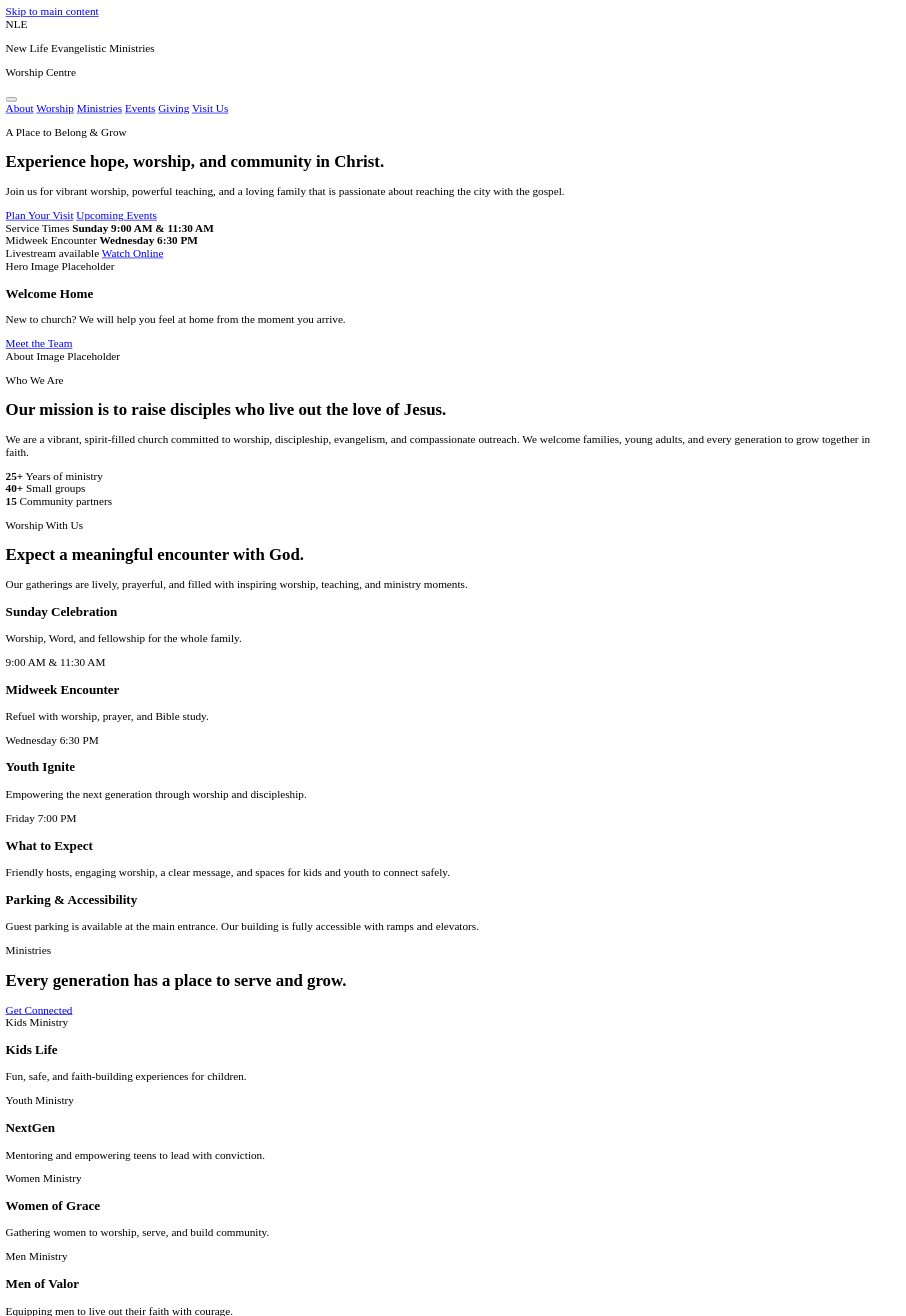
Repository: bilaal441/church
Page: index.htm
The author's editor kept a copy of each file at every save. The page is drawn from the files as they stood at one save, then again after the next save.
The browser window is 1280 px wide. The page is 1280 px wide, then 1294 px, so the pictures cover 1294 px, including what lies to the right of the window. The pictures show the part of the page from y = 0 to 1880 px (the page is 3689 px tall before and 5441 px after), at 70% of full size.

Above is the page before, as saved 2026-01-19 22:02:09.
Not found: styles.css

### index.htm
<!doctype html>
<html lang="en">
  <head>
    <meta charset="UTF-8" />
    <meta name="viewport" content="width=device-width, initial-scale=1.0" />
    <title>New Life Evangelistic Ministries Worship Centre</title>
    <meta
      name="description"
      content="A welcoming, Spirit-filled church family in Springfield. Join us for worship, discipleship, and community outreach."
    />
    <link rel="stylesheet" href="styles.css" />
    <link rel="preconnect" href="https://fonts.googleapis.com" />
    <link rel="preconnect" href="https://fonts.gstatic.com" crossorigin />
    <link
      href="https://fonts.googleapis.com/css2?family=Playfair+Display:wght@400;600;700&family=Inter:wght@400;500;600&display=swap"
      rel="stylesheet"
    />
  </head>
  <body>
    <a class="skip-link" href="#main">Skip to main content</a>
    <header class="site-header">
      <div class="container header-content">
        <div class="logo">
          <span class="logo-mark">NLE</span>
          <div>
            <p class="logo-title">New Life Evangelistic Ministries</p>
            <p class="logo-subtitle">Worship Centre</p>
          </div>
        </div>
        <button
          class="nav-toggle"
          aria-expanded="false"
          aria-controls="site-nav"
        >
          <span></span>
          <span></span>
          <span></span>
        </button>
        <nav id="site-nav" class="site-nav">
          <a href="#about">About</a>
          <a href="#worship">Worship</a>
          <a href="#ministries">Ministries</a>
          <a href="#events">Events</a>
          <a href="#giving">Giving</a>
          <a href="#contact" class="button">Visit Us</a>
        </nav>
      </div>
    </header>

    <main id="main">
      <section class="hero">
        <div class="container hero-grid">
          <div class="hero-text">
            <p class="eyebrow">A Place to Belong &amp; Grow</p>
            <h1>Experience hope, worship, and community in Christ.</h1>
            <p>
              Join us for vibrant worship, powerful teaching, and a loving
              family that is passionate about reaching the city with the gospel.
            </p>
            <div class="hero-actions">
              <a class="button" href="#worship">Plan Your Visit</a>
              <a class="button button-outline" href="#events"
                >Upcoming Events</a
              >
            </div>
            <div class="hero-details">
              <div>
                <span>Service Times</span>
                <strong>Sunday 9:00 AM &amp; 11:30 AM</strong>
              </div>
              <div>
                <span>Midweek Encounter</span>
                <strong>Wednesday 6:30 PM</strong>
              </div>
            </div>
            <div class="hero-note">
              <span>Livestream available</span>
              <a href="#contact">Watch Online</a>
            </div>
          </div>
          <div class="hero-visual">
            <div class="image-placeholder large">Hero Image Placeholder</div>
            <div class="hero-card">
              <h3>Welcome Home</h3>
              <p>
                New to church? We will help you feel at home from the moment you
                arrive.
              </p>
              <a href="#contact">Meet the Team</a>
            </div>
          </div>
        </div>
      </section>

      <section id="about" class="section">
        <div class="container split">
          <div class="image-placeholder">About Image Placeholder</div>
          <div>
            <p class="eyebrow">Who We Are</p>
            <h2>
              Our mission is to raise disciples who live out the love of Jesus.
            </h2>
            <p>
              We are a vibrant, spirit-filled church committed to worship,
              discipleship, evangelism, and compassionate outreach. We welcome
              families, young adults, and every generation to grow together in
              faith.
            </p>
            <div class="stats">
              <div>
                <strong>25+</strong>
                <span>Years of ministry</span>
              </div>
              <div>
                <strong>40+</strong>
                <span>Small groups</span>
              </div>
              <div>
                <strong>15</strong>
                <span>Community partners</span>
              </div>
            </div>
          </div>
        </div>
      </section>

      <section id="worship" class="section section-alt">
        <div class="container">
          <div class="section-header">
            <div>
              <p class="eyebrow">Worship With Us</p>
              <h2>Expect a meaningful encounter with God.</h2>
            </div>
            <p>
              Our gatherings are lively, prayerful, and filled with inspiring
              worship, teaching, and ministry moments.
            </p>
          </div>
          <div class="cards">
            <article class="card">
              <h3>Sunday Celebration</h3>
              <p>Worship, Word, and fellowship for the whole family.</p>
              <p class="card-meta">9:00 AM &amp; 11:30 AM</p>
            </article>
            <article class="card">
              <h3>Midweek Encounter</h3>
              <p>Refuel with worship, prayer, and Bible study.</p>
              <p class="card-meta">Wednesday 6:30 PM</p>
            </article>
            <article class="card">
              <h3>Youth Ignite</h3>
              <p>
                Empowering the next generation through worship and discipleship.
              </p>
              <p class="card-meta">Friday 7:00 PM</p>
            </article>
          </div>
          <div class="worship-highlight">
            <div>
              <h3>What to Expect</h3>
              <p>
                Friendly hosts, engaging worship, a clear message, and spaces
                for kids and youth to connect safely.
              </p>
            </div>
            <div>
              <h3>Parking &amp; Accessibility</h3>
              <p>
                Guest parking is available at the main entrance. Our building is
                fully accessible with ramps and elevators.
              </p>
            </div>
          </div>
        </div>
      </section>

      <section id="ministries" class="section">
        <div class="container">
          <div class="section-header">
            <div>
              <p class="eyebrow">Ministries</p>
              <h2>Every generation has a place to serve and grow.</h2>
            </div>
            <a class="button button-outline" href="#contact">Get Connected</a>
          </div>
          <div class="ministry-grid">
            <div class="ministry-card">
              <div class="image-placeholder">Kids Ministry</div>
              <h3>Kids Life</h3>
              <p>Fun, safe, and faith-building experiences for children.</p>
            </div>
            <div class="ministry-card">
              <div class="image-placeholder">Youth Ministry</div>
              <h3>NextGen</h3>
              <p>Mentoring and empowering teens to lead with conviction.</p>
            </div>
            <div class="ministry-card">
              <div class="image-placeholder">Women Ministry</div>
              <h3>Women of Grace</h3>
              <p>Gathering women to worship, serve, and build community.</p>
            </div>
            <div class="ministry-card">
              <div class="image-placeholder">Men Ministry</div>
              <h3>Men of Valor</h3>
              <p>Equipping men to live out their faith with courage.</p>
            </div>
            <div class="ministry-card">
              <div class="image-placeholder">Music Ministry</div>
              <h3>Creative Arts</h3>
              <p>
                Worship, media, and production teams creating meaningful
                moments.
              </p>
            </div>
            <div class="ministry-card">
              <div class="image-placeholder">Care Ministry</div>
              <h3>Care &amp; Outreach</h3>
              <p>
                Supporting families, counseling, and community care initiatives.
              </p>
            </div>
          </div>
        </div>
      </section>

      <section id="events" class="section section-alt">
        <div class="container">
          <div class="section-header">
            <div>
              <p class="eyebrow">Upcoming Events</p>
              <h2>There is always something happening at New Life.</h2>
            </div>
            <a class="button" href="#giving">Support the Mission</a>
          </div>
          <div class="event-list">
            <article>
              <span class="event-date">Mar 21</span>
              <div>
                <h3>Citywide Prayer Night</h3>
                <p>
                  Join churches across the city for a night of prayer and
                  worship.
                </p>
              </div>
              <a href="#contact">Learn More</a>
            </article>
            <article>
              <span class="event-date">Apr 05</span>
              <div>
                <h3>Community Outreach Day</h3>
                <p>Serve families with meals, clothing, and encouragement.</p>
              </div>
              <a href="#contact">Serve With Us</a>
            </article>
            <article>
              <span class="event-date">Apr 19</span>
              <div>
                <h3>Resurrection Celebration</h3>
                <p>
                  A joyful service with worship, testimonies, and family
                  activities.
                </p>
              </div>
              <a href="#contact">Plan Your Visit</a>
            </article>
          </div>
        </div>
      </section>

      <section id="giving" class="section">
        <div class="container giving">
          <div>
            <p class="eyebrow">Giving</p>
            <h2>Your generosity fuels life-changing ministry.</h2>
            <p>
              Every gift helps us reach more people with the gospel, support
              families in need, and raise leaders for the future.
            </p>
            <div class="giving-actions">
              <a class="button" href="#contact">Give Online</a>
              <a class="button button-outline" href="#contact">Volunteer</a>
            </div>
            <div class="giving-note">
              <strong>Need assistance?</strong>
              <span
                >We can help with giving, prayer requests, or support
                resources.</span
              >
            </div>
          </div>
          <div class="image-placeholder">Giving Image Placeholder</div>
        </div>
      </section>

      <section id="contact" class="section section-alt">
        <div class="container contact">
          <div>
            <p class="eyebrow">Visit Us</p>
            <h2>We would love to meet you this Sunday.</h2>
            <p>
              125 Hope Street, Springfield, ST 12345<br />
              (555) 123-4567 · hello@nlewc.org
            </p>
            <div class="contact-details">
              <div>
                <strong>Office Hours</strong>
                <span>Mon - Fri, 9 AM - 4 PM</span>
              </div>
              <div>
                <strong>Prayer Line</strong>
                <span>Available 24/7</span>
              </div>
              <div>
                <strong>Follow Us</strong>
                <span>Instagram · Facebook · YouTube</span>
              </div>
            </div>
          </div>
          <form class="contact-form">
            <h3>Plan a Visit</h3>
            <label>
              Full Name
              <input type="text" placeholder="Your name" />
            </label>
            <label>
              Email Address
              <input type="email" placeholder="you@example.com" />
            </label>
            <label>
              Message
              <textarea
                rows="4"
                placeholder="Tell us how we can help."
              ></textarea>
            </label>
            <button type="submit" class="button">Send Message</button>
          </form>
        </div>
      </section>
    </main>

    <footer class="site-footer">
      <div class="container footer-grid">
        <div>
          <div class="logo">
            <span class="logo-mark">NLE</span>
            <div>
              <p class="logo-title">New Life Evangelistic Ministries</p>
              <p class="logo-subtitle">Worship Centre</p>
            </div>
          </div>
          <p>
            Building lives, families, and communities through the love of Jesus.
          </p>
        </div>
        <div>
          <h4>Connect</h4>
          <ul>
            <li><a href="#about">About</a></li>
            <li><a href="#worship">Worship</a></li>
            <li><a href="#ministries">Ministries</a></li>
            <li><a href="#events">Events</a></li>
          </ul>
        </div>
        <div>
          <h4>Visit</h4>
          <ul>
            <li>125 Hope Street</li>
            <li>Springfield, ST 12345</li>
            <li>(555) 123-4567</li>
            <li>hello@nlewc.org</li>
          </ul>
        </div>
        <div>
          <h4>Stay Updated</h4>
          <p>Subscribe for prayer points and community updates.</p>
          <div class="subscribe">
            <input type="email" placeholder="Email address" />
            <button class="button">Subscribe</button>
          </div>
        </div>
      </div>
      <div class="footer-bottom">
        <p>
          © 2024 New Life Evangelistic Ministries Worship Centre. All rights
          reserved.
        </p>
      </div>
    </footer>

    <script src="script.js"></script>
  </body>
</html>

### script.js
const navToggle = document.querySelector(".nav-toggle");
const siteNav = document.querySelector(".site-nav");

if (navToggle && siteNav) {
  navToggle.addEventListener("click", () => {
    const isOpen = siteNav.classList.toggle("open");
    navToggle.setAttribute("aria-expanded", String(isOpen));
  });

  siteNav.querySelectorAll("a").forEach((link) => {
    link.addEventListener("click", () => {
      if (siteNav.classList.contains("open")) {
        siteNav.classList.remove("open");
        navToggle.setAttribute("aria-expanded", "false");
      }
    });
  });
}

### style.css
:root {
  --navy: #0d1b2a;
  --teal: #0f7b7b;
  --gold: #f4b942;
  --cream: #f8f4ef;
  --slate: #1f2a37;
  --muted: #6b7280;
  --white: #ffffff;
  --shadow: 0 20px 50px rgba(13, 27, 42, 0.12);
}

* {
  box-sizing: border-box;
  margin: 0;
  padding: 0;
}

body {
  font-family: "Inter", sans-serif;
  background-color: var(--cream);
  color: var(--slate);
  line-height: 1.6;
}

img {
  max-width: 100%;
  display: block;
}

a {
  color: inherit;
  text-decoration: none;
}

.skip-link {
  position: absolute;
  left: -999px;
  top: 16px;
  background: var(--navy);
  color: var(--white);
  padding: 0.6rem 1.2rem;
  border-radius: 999px;
  z-index: 50;
}

.skip-link:focus {
  left: 16px;
}

.container {
  width: min(1120px, 90%);
  margin: 0 auto;
}

.eyebrow {
  text-transform: uppercase;
  letter-spacing: 0.2em;
  font-size: 0.8rem;
  color: var(--teal);
  font-weight: 600;
  margin-bottom: 1rem;
}

h1,
h2,
h3,
h4 {
  font-family: "Playfair Display", serif;
  color: var(--navy);
}

h1 {
  font-size: clamp(2.5rem, 4vw, 3.5rem);
  line-height: 1.1;
  margin-bottom: 1rem;
}

h2 {
  font-size: clamp(2rem, 3vw, 2.8rem);
  line-height: 1.2;
  margin-bottom: 1rem;
}

p {
  margin-bottom: 1rem;
  color: var(--slate);
}

.button {
  display: inline-flex;
  align-items: center;
  justify-content: center;
  padding: 0.75rem 1.5rem;
  border-radius: 999px;
  background: var(--teal);
  color: var(--white);
  font-weight: 600;
  transition:
    transform 0.2s ease,
    box-shadow 0.2s ease;
  box-shadow: var(--shadow);
}

.button:hover {
  transform: translateY(-2px);
}

.button-outline {
  background: transparent;
  color: var(--teal);
  border: 1px solid var(--teal);
  box-shadow: none;
}

.site-header {
  background: var(--white);
  position: sticky;
  top: 0;
  z-index: 20;
  box-shadow: 0 12px 30px rgba(15, 23, 42, 0.06);
}

.header-content {
  display: flex;
  align-items: center;
  justify-content: space-between;
  padding: 1.2rem 0;
  gap: 2rem;
}

.logo {
  display: flex;
  align-items: center;
  gap: 0.8rem;
}

.logo-mark {
  width: 44px;
  height: 44px;
  border-radius: 12px;
  background: var(--teal);
  color: var(--white);
  font-weight: 700;
  display: grid;
  place-items: center;
}

.logo-title {
  font-weight: 700;
  font-size: 0.95rem;
}

.logo-subtitle {
  font-size: 0.85rem;
  color: var(--muted);
}

.site-nav {
  display: flex;
  align-items: center;
  gap: 1.5rem;
}

.site-nav a {
  font-weight: 600;
  font-size: 0.95rem;
}

.nav-toggle {
  display: none;
  flex-direction: column;
  gap: 6px;
  background: none;
  border: none;
  cursor: pointer;
}

.nav-toggle span {
  width: 24px;
  height: 2px;
  background: var(--navy);
}

.hero {
  padding: 5rem 0 4rem;
  background: linear-gradient(
    120deg,
    rgba(15, 123, 123, 0.1),
    rgba(244, 185, 66, 0.08)
  );
}

.hero-grid {
  display: grid;
  gap: 3rem;
  align-items: center;
}

.hero-actions {
  display: flex;
  flex-wrap: wrap;
  gap: 1rem;
  margin: 2rem 0;
}

.hero-details {
  display: grid;
  gap: 1.5rem;
  background: var(--white);
  padding: 1.5rem;
  border-radius: 16px;
  box-shadow: var(--shadow);
}

.hero-details span {
  font-size: 0.85rem;
  color: var(--muted);
  text-transform: uppercase;
  letter-spacing: 0.1em;
}

.hero-details strong {
  display: block;
  font-size: 1rem;
}

.hero-note {
  display: flex;
  align-items: center;
  gap: 0.75rem;
  font-weight: 600;
  color: var(--teal);
}

.hero-note a {
  color: var(--navy);
  text-decoration: underline;
}

.hero-visual {
  display: grid;
  gap: 1.5rem;
  position: relative;
}

.hero-card {
  background: var(--white);
  padding: 1.5rem;
  border-radius: 18px;
  box-shadow: var(--shadow);
}

.hero-card a {
  color: var(--teal);
  font-weight: 600;
}

.section {
  padding: 4.5rem 0;
}

.section-alt {
  background: var(--white);
}

.section-header {
  display: flex;
  align-items: center;
  justify-content: space-between;
  gap: 2rem;
  margin-bottom: 2.5rem;
}

.split {
  display: grid;
  gap: 2.5rem;
  align-items: center;
}

.stats {
  display: grid;
  grid-template-columns: repeat(auto-fit, minmax(140px, 1fr));
  gap: 1.5rem;
  margin-top: 2rem;
}

.stats strong {
  font-size: 1.8rem;
  color: var(--teal);
}

.cards {
  display: grid;
  grid-template-columns: repeat(auto-fit, minmax(240px, 1fr));
  gap: 1.5rem;
}

.card {
  background: var(--white);
  padding: 2rem;
  border-radius: 20px;
  box-shadow: var(--shadow);
}

.card-meta {
  color: var(--teal);
  font-weight: 600;
  margin-top: 1.5rem;
}

.worship-highlight {
  margin-top: 2.5rem;
  display: grid;
  grid-template-columns: repeat(auto-fit, minmax(240px, 1fr));
  gap: 1.5rem;
}

.worship-highlight div {
  background: rgba(15, 123, 123, 0.08);
  padding: 1.5rem;
  border-radius: 18px;
}

.ministry-grid {
  display: grid;
  grid-template-columns: repeat(auto-fit, minmax(220px, 1fr));
  gap: 1.5rem;
}

.ministry-card {
  background: var(--white);
  padding: 1.5rem;
  border-radius: 20px;
  box-shadow: var(--shadow);
  display: grid;
  gap: 1rem;
}

.event-list {
  display: grid;
  gap: 1.5rem;
}

.event-list article {
  display: grid;
  grid-template-columns: auto 1fr auto;
  gap: 1.5rem;
  background: var(--white);
  padding: 1.5rem 2rem;
  border-radius: 18px;
  align-items: center;
  box-shadow: var(--shadow);
}

.event-date {
  background: var(--teal);
  color: var(--white);
  padding: 0.7rem 1rem;
  border-radius: 12px;
  font-weight: 700;
}

.giving {
  display: grid;
  gap: 2.5rem;
  align-items: center;
}

.giving-actions {
  display: flex;
  gap: 1rem;
  flex-wrap: wrap;
}

.giving-note {
  margin-top: 1.5rem;
  background: rgba(15, 123, 123, 0.08);
  padding: 1rem 1.25rem;
  border-radius: 16px;
  display: grid;
  gap: 0.3rem;
}

.giving-note strong {
  color: var(--navy);
}

.contact {
  display: grid;
  gap: 2.5rem;
  align-items: start;
}

.contact-form {
  background: var(--white);
  padding: 2rem;
  border-radius: 20px;
  box-shadow: var(--shadow);
  display: grid;
  gap: 1rem;
}

.contact-form label {
  display: grid;
  gap: 0.5rem;
  font-weight: 600;
}

input,
textarea {
  padding: 0.7rem 1rem;
  border-radius: 12px;
  border: 1px solid #e5e7eb;
  font-family: inherit;
}

.site-footer {
  background: var(--navy);
  color: var(--white);
  padding: 4rem 0 1.5rem;
}

.site-footer h4 {
  color: var(--white);
  margin-bottom: 1rem;
}

.site-footer p,
.site-footer a,
.site-footer li {
  color: rgba(255, 255, 255, 0.8);
}

.footer-grid {
  display: grid;
  grid-template-columns: repeat(auto-fit, minmax(200px, 1fr));
  gap: 2rem;
}

.footer-grid ul {
  list-style: none;
  display: grid;
  gap: 0.6rem;
}

.subscribe {
  display: flex;
  gap: 0.5rem;
  margin-top: 1rem;
}

.footer-bottom {
  margin-top: 2rem;
  border-top: 1px solid rgba(255, 255, 255, 0.2);
  text-align: center;
  padding-top: 1.5rem;
  font-size: 0.85rem;
}

.image-placeholder {
  background: linear-gradient(
    135deg,
    rgba(15, 123, 123, 0.15),
    rgba(244, 185, 66, 0.2)
  );
  border: 2px dashed rgba(15, 123, 123, 0.4);
  border-radius: 20px;
  min-height: 220px;
  display: grid;
  place-items: center;
  text-align: center;
  padding: 1.5rem;
  color: var(--teal);
  font-weight: 600;
}

.image-placeholder.large {
  min-height: 340px;
}

@media (min-width: 900px) {
  .hero-grid {
    grid-template-columns: repeat(2, 1fr);
  }

  .split,
  .giving,
  .contact {
    grid-template-columns: repeat(2, 1fr);
  }
}

@media (max-width: 900px) {
  .section-header {
    flex-direction: column;
    align-items: flex-start;
  }

  .event-list article {
    grid-template-columns: 1fr;
  }
}

@media (max-width: 768px) {
  .site-nav {
    position: absolute;
    top: 100%;
    right: 0;
    background: var(--white);
    flex-direction: column;
    padding: 1.5rem;
    gap: 1rem;
    width: min(90vw, 280px);
    transform: translateY(-10px);
    opacity: 0;
    pointer-events: none;
    box-shadow: var(--shadow);
    border-radius: 16px;
  }

  .site-nav.open {
    opacity: 1;
    transform: translateY(0);
    pointer-events: auto;
  }

  .nav-toggle {
    display: flex;
  }

  .header-content {
    position: relative;
  }
}

@media (max-width: 600px) {
  .hero-details {
    padding: 1rem;
  }

  .hero-note {
    flex-direction: column;
    align-items: flex-start;
  }

  .subscribe {
    flex-direction: column;
    align-items: stretch;
  }
}

After the next save:
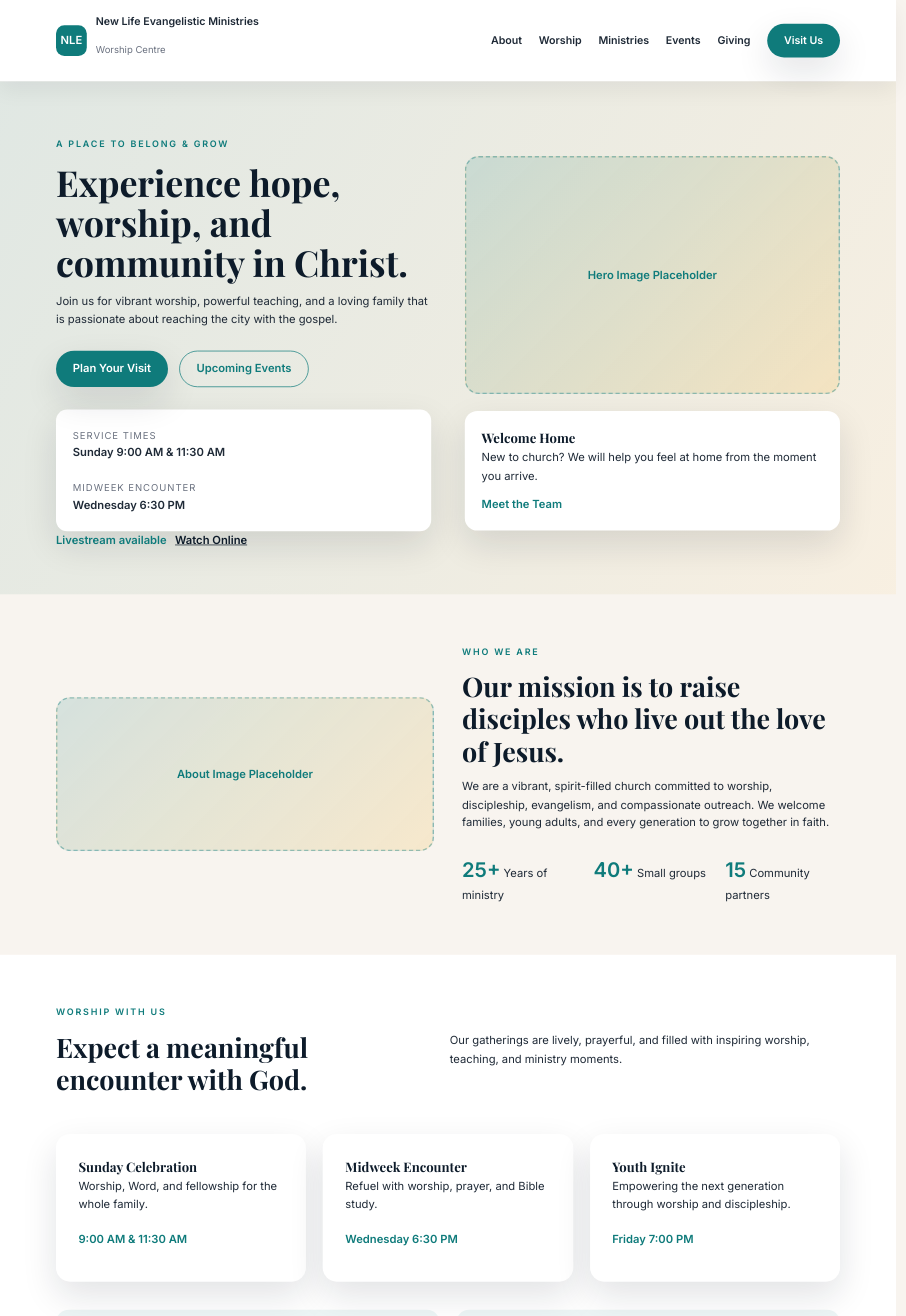
Saved 4 min 57 s later.
--- a/index.htm
+++ b/index.htm
@@ -8,7 +8,7 @@
       name="description"
       content="A welcoming, Spirit-filled church family in Springfield. Join us for worship, discipleship, and community outreach."
     />
-    <link rel="stylesheet" href="styles.css" />
+    <link rel="stylesheet" href="style.css" />
     <link rel="preconnect" href="https://fonts.googleapis.com" />
     <link rel="preconnect" href="https://fonts.gstatic.com" crossorigin />
     <link
